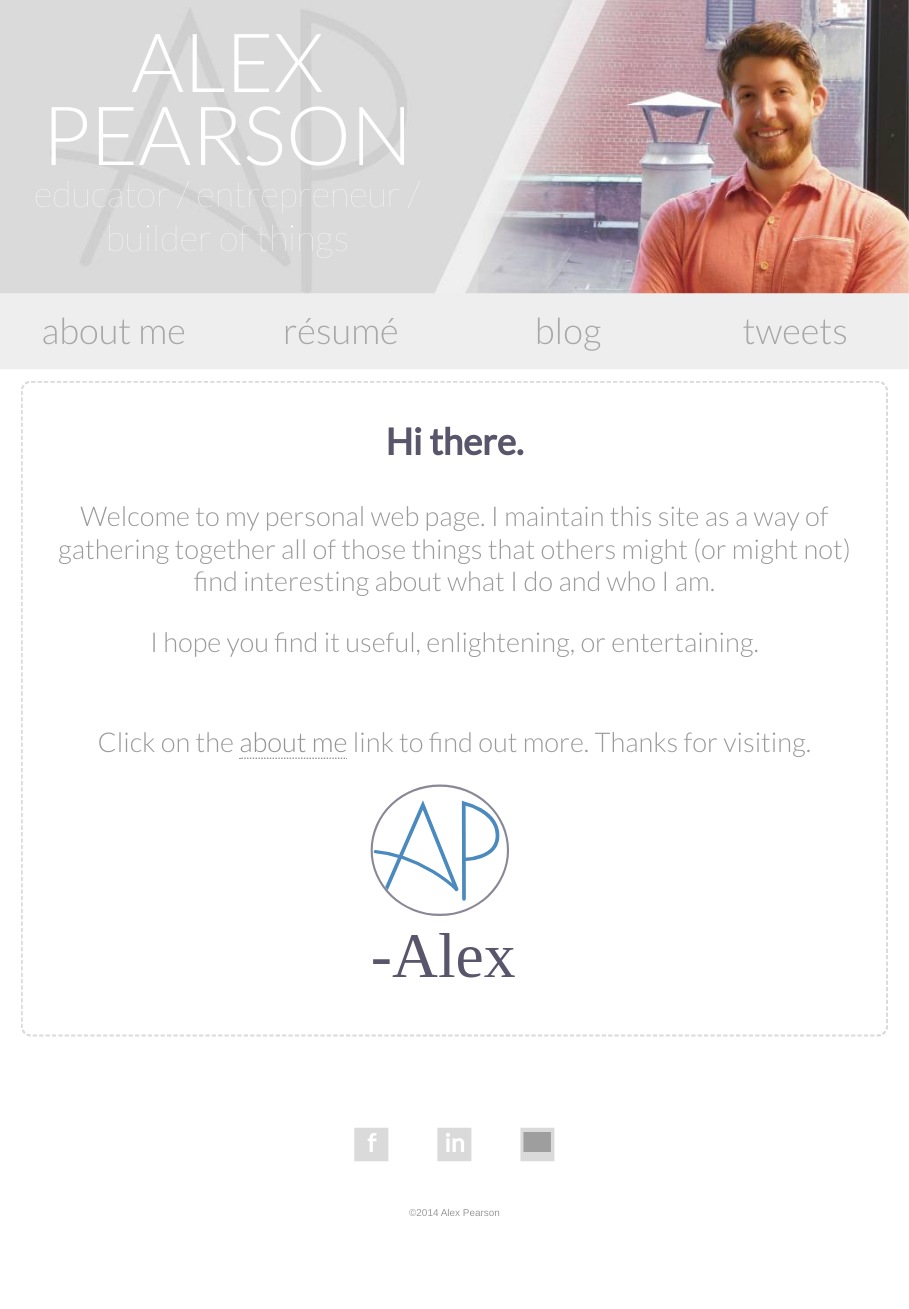
Repository: NAlexPear/personal-page
Page: about/index.html
The author's editor kept a record of every edit. The page is drawn from the files as they stood at one moment, then again after the next edit.
The browser window is 1280 px wide. The pictures show the whole page, at 71% of full size.
Pictures or frames that could not be fetched are drawn as grey boxes.

Above is the page before.

### about/index.html
<!DOCTYPE html>
<html lang="en-us">

<head>
<meta charset="utf-8">
<!-- Set the viewport width to device width for mobile -->
<meta name="viewport" content="width=device-width, initial-scale=1, maximum-scale=1, user-scalable=0">
<link rel="shortcut icon" href="../theme/images/favicon.ico" type="image/x-icon">
<link rel="icon" href="../theme/images/favicon.ico" type="image/x-icon">
<title>Alex Pearson</title>
<!-- Included CSS Files -->
<link rel="stylesheet" href="../theme/css/maintemplate2.css">
<!-- IE Fix for HTML5 Tags -->
<!--[if lt IE 9]>
		<script src="http://html5shiv.googlecode.com/svn/trunk/html5.js"></script>
	<![endif]-->

<link rel="canonical" href="http://alexpear.com">
<link rel="shortlink" href="http://alexpear.com">

<link href='https://fonts.googleapis.com/css?family=Lato:100,300,400' rel='stylesheet' type='text/css'>

<!--Scripts below-->
<script type="text/javascript" src="../theme/js/analytics.js"></script>

</head>

<body>
    <div style="background-color: #EEEEEE;">
    <div class="topstuff">
        <img src="../theme/images/alexsmilin3.jpg" width="100%" height="auto"></img>
        <div class="splash">
            <div id="splashname">
                ALEX PEARSON
            </div>
            <div id="splashtag">
                educator / entrepreneur / builder of things
            </div>
        </div>
    </div>
        <ul id="navbubbles">
            <li id="about">
                <div class="navreact">
                    <a href="http://www.alexpear.com/about" title="About Alex" alt="About Alex">
                        <div>about me</div>
                    </a>
                </div>
            </li>
            <li id="resume">
                <div class="navreact">
                    <a href="http://alexpear.com/resume" title="Alex's Resume" alt="Alex's Resume">
                        <div>résumé</div>
                    </a>
                </div>
            </li>
            <li id="blog">
                <div class="navreact">
                    <a href="http://alexpear.com/blog" title="Alex's Blog" alt="Alex's Blog">
                        <div>blog</div>
                    </a>
                </div>
            </li>
            <li id="blog">
                <div class="navreact">
                    <a href="http://alexpear.com/tweets" title="Alex's Twitter Feed" alt="Alex's Tweets">
                        <div>tweets</div>
                    </a>
                </div>
            </li>
        </ul>
    </div>
    <div id="content-wrapper">
        <div id="content">
            <p style="font-weight:bold; text-align: center; font-size:4vw; color:#59556A;">Hi there.</p>
            <p style="text-align:center;">Welcome to my personal web page. I maintain this site as a way of gathering together all of those things that others might (or might not) find interesting about what I do and who I am.
            <br>
            <p style="text-align:center;">I hope you find it useful, enlightening, or entertaining.</p>
            <br>
            <p style="text-align:center;">Click on the <a href="http://alexpear.com/about">about me</a> link to find out more. Thanks for visiting.</p>
            <div class="signature">
                <img src="../theme/images/APlogo2.svg">
                <h1>-Alex</h1>
            </div>


        </div>
    </div>
</body>
<footer>
    <div class="socialmedia">
        <ul id="socialmediabuttons">
            <li id="fb"><a href="https://www.facebook.com/alex.pearson.568" title="facebook">f</a></li>
            <li id="in"><a href="https://www.linkedin.com/pub/alex-pearson/a4/492/a16" title="linkedin">in</a></li>
            <li id="twit"><a href="https://twitter.com/NAlexPearson" title="twitter"><img src="http://i.imgur.com/KlB8yzw.png" width="80%"></a></li>

        </ul>
    </div>
    <div class="copyright">©2014 Alex Pearson</div>
</footer>
<!--<body>-->
<!--    <div>-->
<!--        <div>-->
<!--            <ul id="navbubbles">-->
<!--                <li class="aboutpagebuttons"><img src="http://i.imgur.com/VPk4w5T.jpg" width="100%"/></li>-->
<!--                <li class="aboutpagebuttons"><img src="http://i.imgur.com/7XGbVoA.jpg" width="100%"/></li>-->
<!--                <li class="aboutpagebuttons"><img src="http://i.imgur.com/54ftRHh.jpg" width="100%"/></li>-->
<!--            </ul>-->
<!--        </div>-->
<!--        <p class="main">Hi there. Thanks for looking at my page. I'm a recent transplant to St. Louis by way of Nashville. For the past three years, I've been running my own weightlifting, CrossFit, and general fitness business.</p>-->
<!--        <div>-->
<!--            <ul id="navbubbles">-->
<!--                <li class="aboutpagebuttons"><img src="http://i.imgur.com/GGhYqPX.jpg" height="100%"></img></li>-->
<!--                <li class="aboutpagebuttons"><img src="http://i.imgur.com/pjjaoxQ.jpg" width="100%"></img></li>-->
<!--                <li class="aboutpagebuttons"><img src="http://i.imgur.com/vcil9Jb.jpg" width="100%"></img></li>-->
<!--            </ul>-->
<!--        </div>-->
<!--        <p class="main">After building my business from scratch into a self-sustaining (and sell-able) community, it was time to move on to the next adventure. So here I am. You can still find me in the weight room and on the competition platform, but as an athlete instead of full-time coach.</p>-->
<!--        <div>-->
<!--            <ul id="navbubbles">-->
<!--                <li class="aboutpagebuttons"><img src="http://i.imgur.com/yh2LGXZ.jpg" height="100%"></li>-->
<!--                <li class="aboutpagebuttons"><img src="http://i.imgur.com/htYHARt.jpg" width="100%"></li>-->
<!--                <li class="aboutpagebuttons"><img src="http://i.imgur.com/kY4R3GA.jpg" height="100%"></li>-->
<!--            </ul>-->
<!--        </div>-->
<!--        <p class="main">For now, it's time for me to get connected to the St. Louis entrepreneurial scene and get started on the next business idea. If you'd like to work with me, check out my resume on the front page, or shoot me an email at alex@alexpear.com.</p>-->
<!--    </div>-->
<!--</body>-->

### theme/css/maintemplate2.css
html{
    -webkit-font-smoothing: antialised;
    margin:0;
}

body{
    background-color: rgb(255,255,255);
    margin:0;
}

p {
    font-family: georgia, "Times New Roman";
    font-size: 4vw;
    color: rgb(155,155,155);
}

a {
    text-decoration: none;
    color: rgba(100,100,100,0.7);
}

a:hover {
    color: rgba(100,100,100,1.0);
}

.topstuff{
    width: 100%;
}

.splash {
    width: 50%;
    position: absolute;
    margin-top: -30%;
}

#content-wrapper{
    width:95%;
    margin-left:auto;
    margin-right:auto;
    border: 0.3vw dashed #dadada;
    border-radius: 15px;
}

#content{
    padding-left:1.5vw;
    padding-right:1.5vw;
}

#content p{
    font-size:3vw;
    font-family:'Lato', 'Helvetica', 'sans-serif';
    font-weight:300;
}

#content ul{
    font-family: 'Lato', 'Helvetica', 'sans-serif';
    font-size: 0.8em;
    opacity: 0.3;
}

#content a{
    border-bottom:0.2vw dotted;
}

#content a:hover{
    border-bottom:0.2vw solid;
}

.signature{
    width:40%;
    height:auto;
    margin-left:auto;
    margin-right:auto;
}

.signature img{
    /*float:left;*/
    margin-left:25%;
    width:40%;
    height:14vw;
    margin-bottom:0;
    opacity: 0.7;
    border: 0.3vw solid #59556a;
    border-radius:50%;
}

.signature h1{
    font-family: 'Shadows Into Light', 'cursive';
    font-size: 7vw;
    font-weight:300;
    margin-left:25%;
    margin-top:0;
    padding-top:0;
    color:#59556a;
}

#splashname{
    position:relative;
    font-family: 'Lato', "sans-serif";
    text-align: center;
    font-weight: 300;
    font-size:9vw;
    line-height:90%;
    padding-bottom: 0vw;
    color: rgb(255,255,255);
}

#splashtag{
    position:relative;
    font-family:'Lato',"Sans-Serif";
    font-size:4vw;
    font-weight: 100;
    color: rgb(255,255,255);
    text-align: center;
}

#navbubbles{
    list-style-type:none;
    display:table;
    table-layout:fixed;
    width: 100%;
    padding-bottom: 2vw;
    padding-left: 0px;
}

#navbubbles li{
    display: table-cell;
    text-align: center;
    font-family: 'Lato', "Sans-Serif";
    font-size: 4vw;
    font-weight: 300;
    color:#ffffff;;
}

.navreact a{

   color:#A8A8A8;
  -o-transition:.5s color;
  -ms-transition:.5s color;
  -moz-transition:.5s color;
  -webkit-transition:.5s color;
   transition: .5s color;
}

.navreact a:hover{
    color: #51504f;
}




.socialmedia{
    margin-top: 10%;
}

footer ul { list-style: none; margin: 0 auto; overflow: hidden; padding: 0; width: 50%; min-width:200px; max-width:350px;
    margin-left: auto;
    margin-right: auto;
    display: table;
    table-layout:fixed;
}
footer ul li {display: table-cell; font-family: lato, "sans-serif"; font-size: 2.2em; font-weight: bold;}
footer ul li:last-child {margin-right: 0; }
footer ul li a { background: #DADADA; display:block; color: #fff; overflow: hidden; text-decoration: none; -webkit-transition: all .3s ease; width: 48px; height: 48px;margin-left:auto;margin-right:auto;}
footer ul li a:hover, footer ul li a:focus, footer ul li a:active { background: #51504f; color: #fff; }

#socialmediabuttons {
    text-align: center;
    /*direction:ltr;*/
}

#in{
    font-weight: bolder;
}

.copyright {
    margin-top:5%;
    margin-bottom:10%;
    text-align: center;
    font-family: helvetica, "Sans-Serif";
    font-size: 14px;
    opacity: 0.4;
}

### theme/js/analytics.js
(function(i,s,o,g,r,a,m){i['GoogleAnalyticsObject']=r;i[r]=i[r]||function(){(i[r].q=i[r].q||[]).push(arguments)},i[r].l=1*new Date();a=s.createElement(o),m=s.getElementsByTagName(o)[0];a.async=1;a.src=g;m.parentNode.insertBefore(a,m)})(window,document,'script','//www.google-analytics.com/analytics.js','ga');ga('create','UA-56023800-1','auto');ga('send','pageview');

After the next edit:
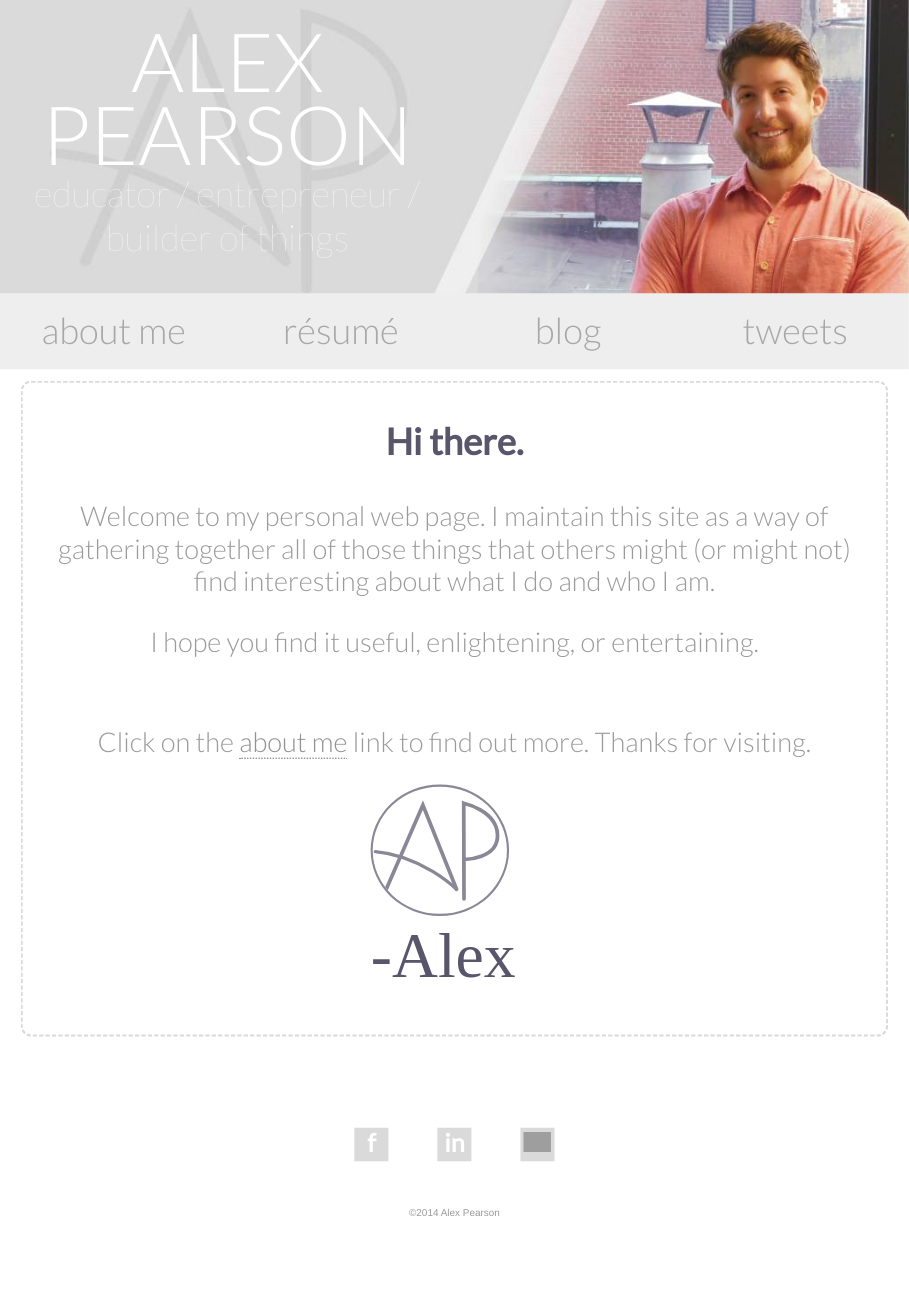
The edit:
--- a/about/index.html
+++ b/about/index.html
@@ -78,7 +78,7 @@
             <br>
             <p style="text-align:center;">Click on the <a href="http://alexpear.com/about">about me</a> link to find out more. Thanks for visiting.</p>
             <div class="signature">
-                <img src="../theme/images/APlogo2.svg">
+                <img src="../theme/images/APlogo3.svg">
                 <h1>-Alex</h1>
             </div>
 
